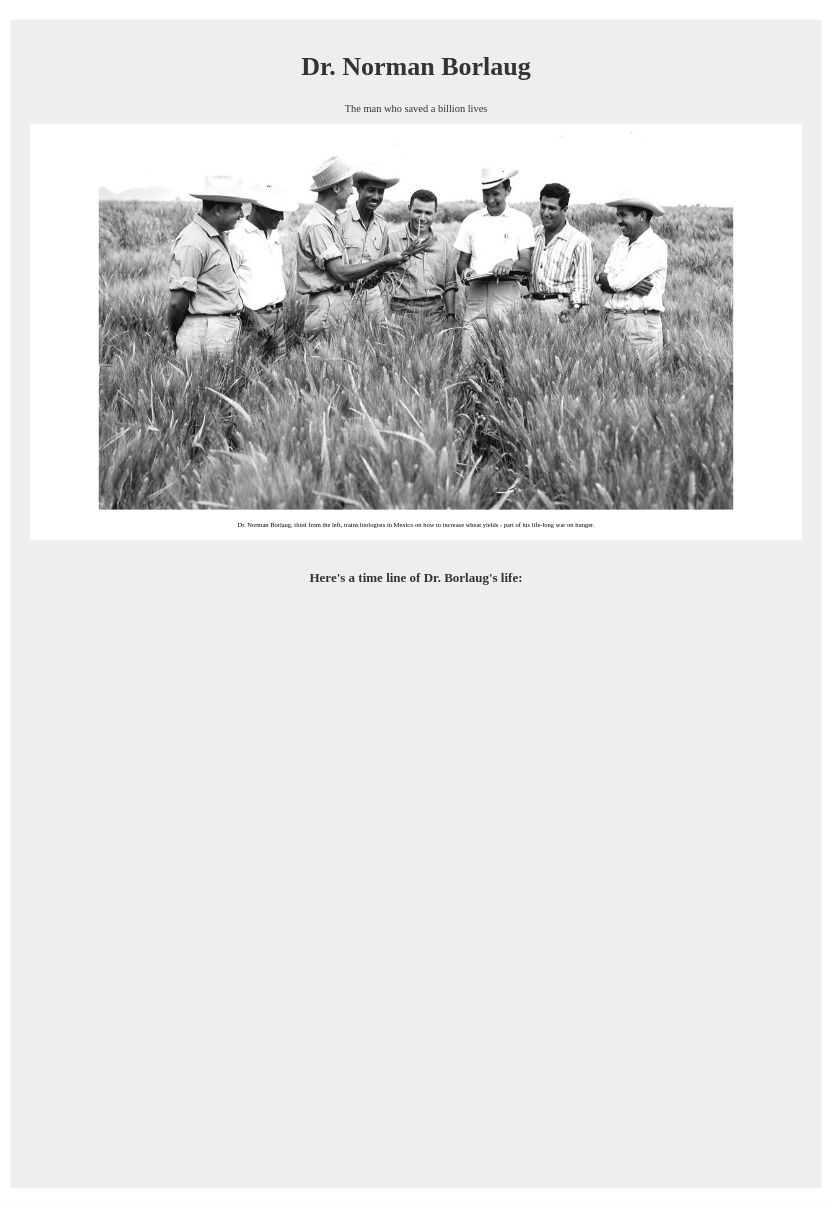
Repository: HTDuy01/github-demo
Page: freecodecamp/index.html
An editor plug-in stored every save of this project. The page is shown before and after the next save, followed by the edit.
The browser window is 1280 px wide. The pictures show the whole page, at 65% of full size.

Above is the page before, as saved 2021-11-18 21:04:03.

### freecodecamp/index.html
<!DOCTYPE html>
<html lang="en">
<head>
    <meta charset="UTF-8">
    <meta http-equiv="X-UA-Compatible" content="IE=edge">
    <meta name="viewport" content="width=device-width, initial-scale=1.0">
    <title>Document</title>
    <link rel="stylesheet" href="/assets/css/style.css">
    <link rel="stylesheet" href="/assets/css/base.css">
</head>
<body>
    <div class="main">
        <header id="title">
            <h1 class="heading">Dr. Norman Borlaug</h1>
            <p class="sub-heading">The man who saved a billion lives</p>
        </header>

        <div id="img-div">
            <img src="/assets/img/tribute-page-main-image.jpg" alt="" class="img">
            <p class="content-img">Dr. Norman Borlaug, third from the left, trains biologists in Mexico on how to increase wheat yields - part of his life-long war on hunger.</p>
        </div>

        <div class="content">
            <h3 class="content-heading">Here's a time line of Dr. Borlaug's life:</h3>
            <ul class="content-list">
                <li class="content-item">
                    <strong>1914</strong>
                     - Born in Cresco, Iowa
                </li>
                <li class="content-item">
                    <strong>1933</strong>
                      - Leaves his family's farm to attend the University of Minnesota, thanks to a Depression era program known as the "National Youth Administration"
                </li>
                <li class="content-item">
                    <strong>1935</strong>
                     - Has to stop school and save up more money. Works in the Civilian Conservation Corps, helping starving Americans. "I saw how food changed them", he said. "All of this left scars on me."
                </li>
                <li class="content-item">
                    <strong>1937</strong>
                     - Finishes university and takes a job in the US Forestry Service
                </li>
                <li class="content-item">
                    <strong>1938</strong>
                     - Marries wife of 69 years Margret Gibson. Gets laid off due to budget cuts. Inspired by Elvin Charles Stakman, he returns to school study under Stakman, who teaches him about breeding pest-resistent plants.
                </li>
                <li class="content-item">
                    <strong>1941</strong>
                      - Tries to enroll in the military after the Pearl Harbor attack, but is rejected. Instead, the military asked his lab to work on waterproof glue, DDT to control malaria, disinfectants, and other applied science.
                </li>
                <li class="content-item">
                    <strong>1942</strong>
                       - Receives a Ph.D. in Genetics and Plant Pathology
                </li>
                <li class="content-item">
                    <strong>1944</strong>
                    - Rejects a 100% salary increase from Dupont, leaves behind his pregnant wife, and flies to Mexico to head a new plant pathology program. Over the next 16 years, his team breeds 6,000 different strains of disease resistent wheat - including different varieties for each major climate on Earth.
                </li>
                <li class="content-item">
                    <strong>1945</strong>
                     - Discovers a way to grown wheat twice each season, doubling wheat yields
                </li>
                <li class="content-item">
                    <strong>1953</strong>
                      - crosses a short, sturdy dwarf breed of wheat with a high-yeidling American breed, creating a strain that responds well to fertilizer. It goes on to provide 95% of Mexico's wheat.
                </li>
                <li class="content-item">
                    <strong>1962</strong>
                     - Visits Delhi and brings his high-yielding strains of wheat to the Indian subcontinent in time to help mitigate mass starvation due to a rapidly expanding population
                </li>
                <li class="content-item">
                    <strong>1970</strong>
                     - receives the Nobel Peace Prize
                </li>
                <li class="content-item">
                    <strong>1983</strong>
                      - helps seven African countries dramatically increase their maize and sorghum yields
                </li>
                <li class="content-item">
                    <strong>1984</strong>
                     - becomes a distinguished professor at Texas A&M University
                </li>
                <li class="content-item">
                    <strong>2005</strong>
                     - states "we will have to double the world food supply by 2050." Argues that genetically modified crops are the only way we can meet the demand, as we run out of arable land. Says that GM crops are not inherently dangerous because "we've been genetically modifying plants and animals for a long time. Long before we called it science, people were selecting the best breeds."
                </li>
                <li class="content-item">
                    <strong>2009</strong>
                      - dies at the age of 95.
                </li>
            </ul>
        </div>

        <footer class="footer">

        </footer>
    </div>
</body>
</html>

### freecodecamp/assets/css/style.css
.main {
    background-color: #eee;
    margin: 30px 8px;
    padding: 15px;
    border-radius: 5px;
}

/* header */
#title {
    text-align: center;
}

.heading {
    color: var(--color-header);
    font-size: 4rem;
    font-weight: 700;
    margin-top: 27px;
    line-height: 60px;
}

.sub-heading {
    font-size: 1.6rem;
    color: var(--color-header);
    font-weight: 300;
}

/* Bener */
#img-div {
    height: 640px;
    background-color: #fff;
    margin: 0 15px;
    text-align: center;
}

.img {
    width: 976px;
    height: 593px;
}

.sub-img {
    font-size: 1.6rem;
    color: var(--color-header);
    font-weight: 400;
}

.content-heading {
    font-size: 2rem;
    color: var(--color-header);
    font-weight: 600;
    text-align: center;
    margin: 50px 0;
}

.content-list {
    max-width: 550px;
    text-align: left;
    margin: 0 auto 50px auto;
    line-height: 1.6rem;
}

.content-item {
    font-size: 1.6rem;
    margin: 16px 0;
    color: #eee;
}

### freecodecamp/assets/css/base.css

* {
    box-sizing: inherit;
}

html {
    font-size: 62.5%;
    line-height: 1.6rem;
    /* font-family: -apple-system, BlinkMacSystemFont, 'Segoe UI', 'Roboto', 'Helvetica Neue', Arial, sans-serif; */
    box-sizing: border-box;
}

:root {
    --color-header:#333;
}

After the next save:
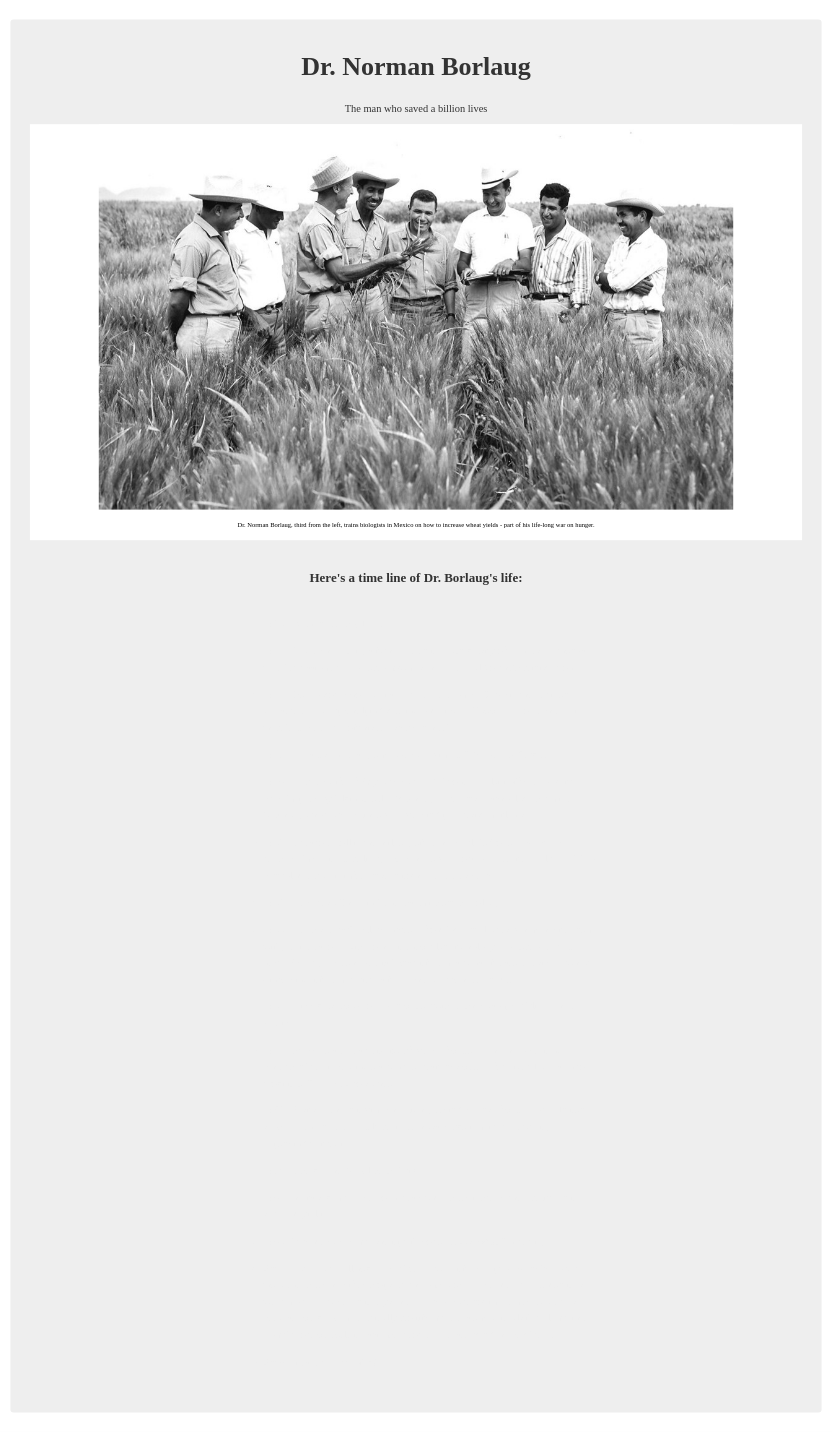
Saved 7 min 2 s later.
--- a/freecodecamp/assets/css/style.css
+++ b/freecodecamp/assets/css/style.css
@@ -55,7 +55,7 @@
     max-width: 550px;
     text-align: left;
     margin: 0 auto 50px auto;
-    line-height: 1.6rem;
+    line-height: 1.6;
 }
 
 .content-item {
